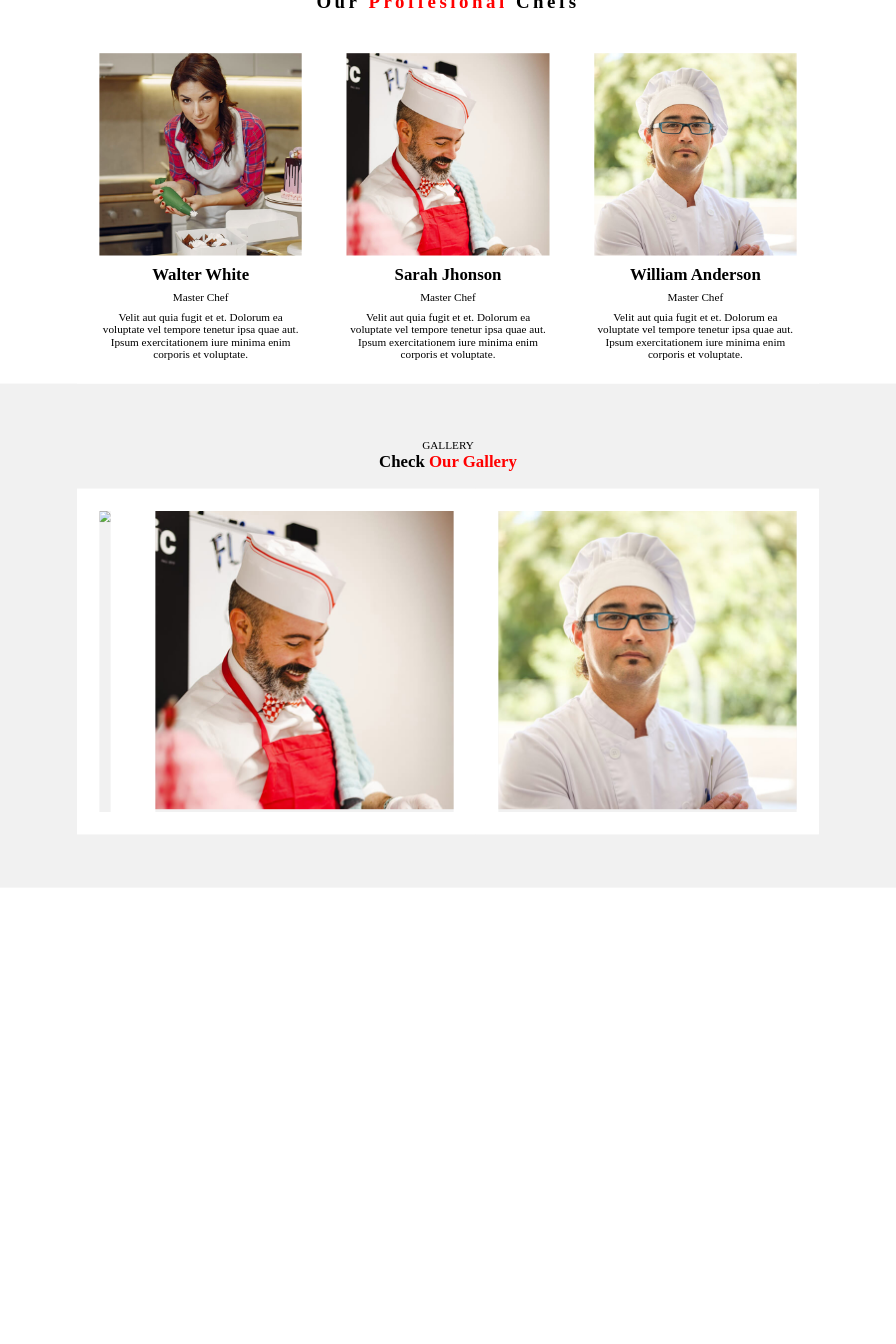
Repository: Ahmedalid/New-project
Page: Rout/index.html
An editor plug-in stored every save of this project. The page is shown before and after a run of saves, followed by the edit.
The browser window is 1280 px wide. The pictures show the part of the page from y = 880 to 2800 px (the page is 5000 px tall), at 70% of full size.

Above is the page before, as saved 2023-06-08 11:37:55.
Not found: Rout/img/meal-1 (1).jpg alt=

After the next 2 saves:
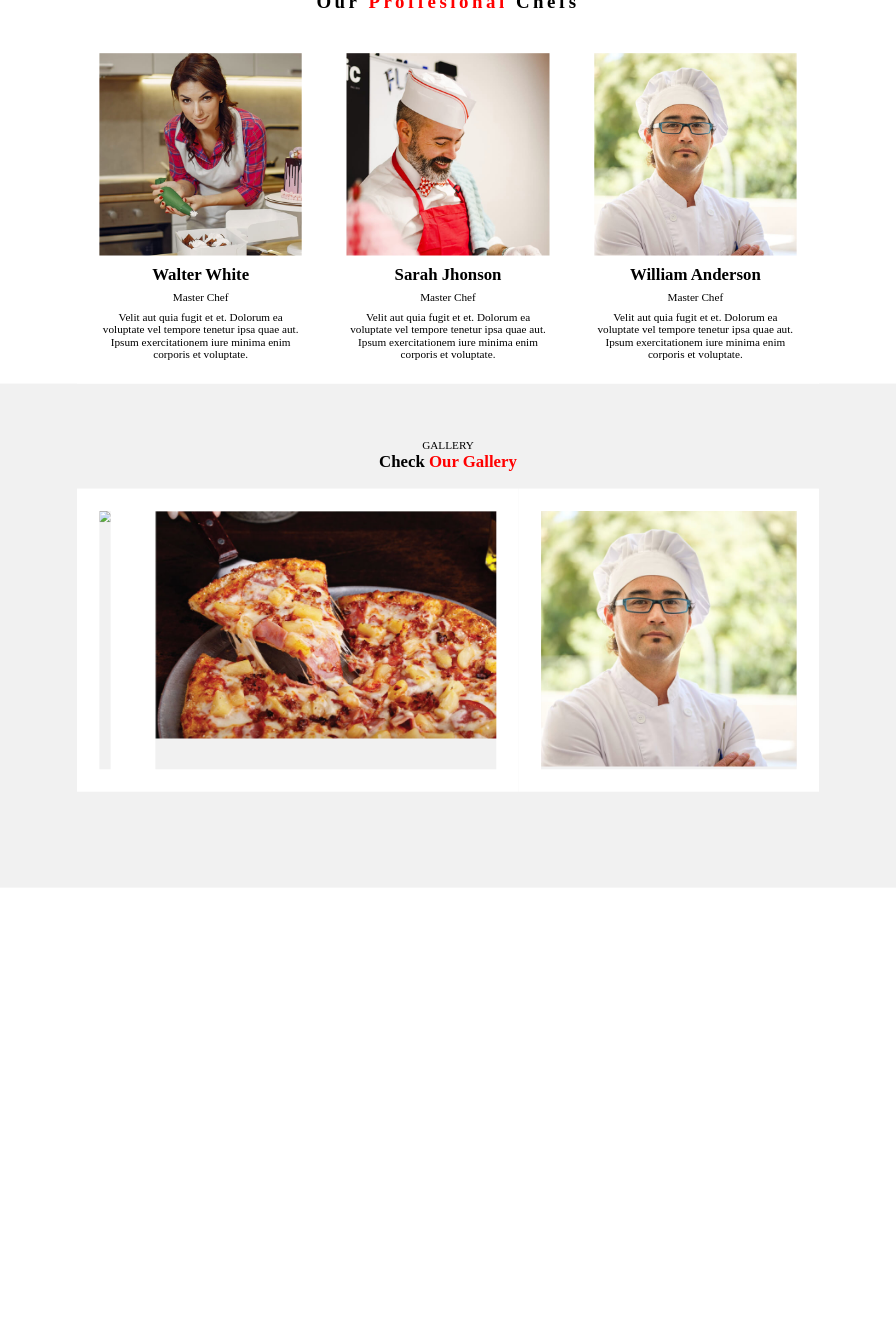
The 2 saves are shown as one change because they came seconds apart.
The last was saved 7 s later.
--- a/Rout/index.html
+++ b/Rout/index.html
@@ -127,7 +127,7 @@
             </div>
             <div class="mt card-img">
                 <div class="">
-                    <img src="img/chefs-1.jpg" alt="">
+                    <img src="img/meal-1.jpg" alt="">
 
 
                 </div>
